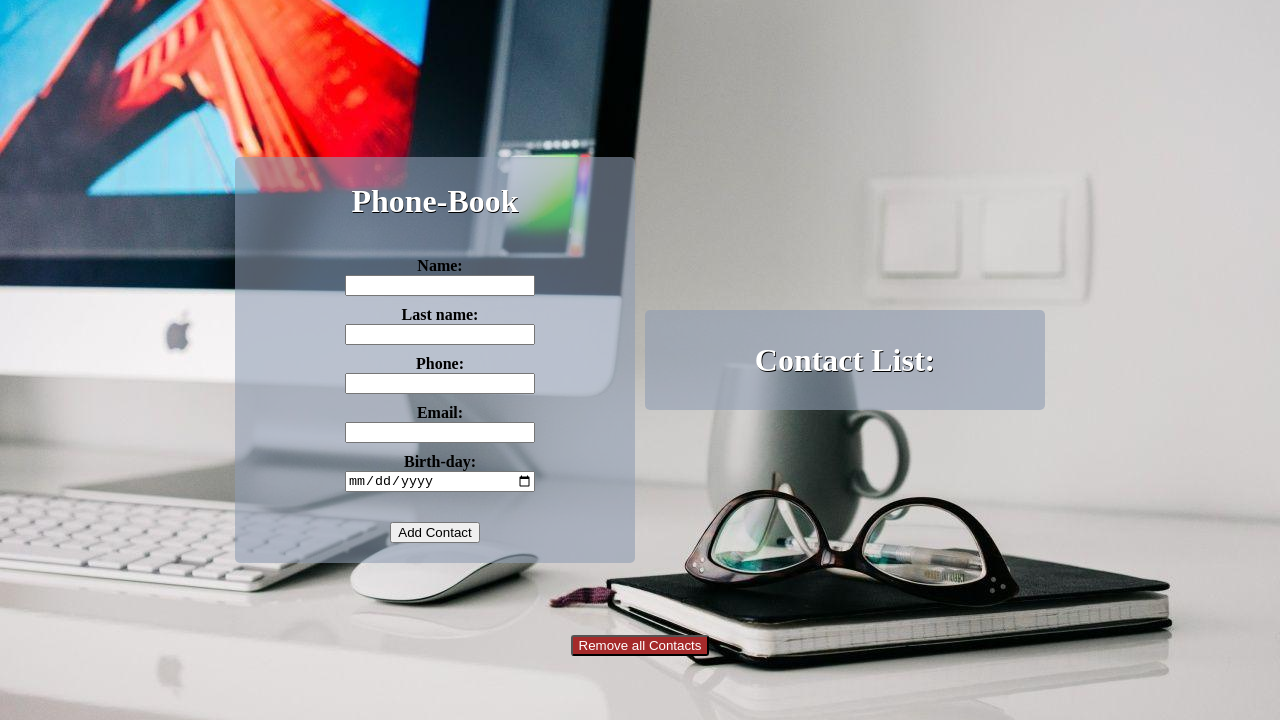
Repository: STA1357/Phone-book
Page: Inner.html
These files come from the project's save history. The page is drawn as it stood at one moment and after the next save; the edit follows.
The browser window is 1280 px wide. The pictures show the whole page.

Above is the page before, as saved 2020-12-12 10:46:45.
Console error: ReferenceError: userNameValue is not defined

### Inner.html
<!DOCTYPE html>
<html lang="en">
<head>
    <meta charset="UTF-8">
    <meta name="viewport" content="width=device-width, initial-scale=1.0">
    <title>Phone Book</title>
    <link rel="stylesheet" href="./styles.css">
    <script src="./app.js"></script>
</head>
<body>
    <form action="#" method="POST" id="form" class="form">

        <header>
            <div class="header-title">
                <h1>Phone-Book</h1>
            </div>
        </header>

        <main>
            <div class="container">

                <div class="form-control">
                <label for="name">Name:</label>
                <input type="text" id="nameInput">
                <small>Error message</small>
                </div>

                <div class="form-control">
                <label for="lname">Last name:</label>
                <input type="text" id="lnameInput">
                <small>Error message</small>
                </div>

                <div class="form-control">
                <label for="tel">Phone:</label>
                <input type="text" id="telInput" class="tellinput">
                <small>Error message</small>
                </div>


                <div class="form-control">
                <label for="email">Email:</label>
                <input type="email" id="emailInput">
                <small>Error message</small>
                </div>


                <div class="form-control">
                <label for="birthname">Birth-day:</label>
                <input type="date" id="birthInput">
                <small>Error message</small>
                </div>

            </div>

        </main>

        <div class="btn">
        <button type="submit" id="btnAdd">Add Contact</button>
    </div>
    </form>
<div class="list-container">
    <h2 class="listTitle">Contact List:</h2>
    <ul id="contactsCount"></ul>
    <ul id="users"></ul>
</div>

<div class="clearBook">
    <button id="clearBookBtn" class="clearBookBtn" onclick="removeAll()">Remove all Contacts</button>
</div>

</body>
</html>

### styles.css
*{
    box-sizing: border-box;

}

body{
    display: flex;
    flex-direction: row;
    align-items: center;
    justify-content: center;
    min-height: 100vh;
    margin: 0;
    background: url("./wp3990421-office-wallpapers.jpg") no-repeat fixed center center;
    background-size: cover;
}

.header-title{
    color: white;
    text-shadow: 0.5px 0.5px black;
}

form{

    background-color: rgba(144, 156, 179, 0.589);
    width: 400px;
    max-width: 100%;
    margin-right: 10px;
    text-align: center;
    border-radius: 5px;
    position: relative;
}

main{
    margin-left: 25%;
}

.container{
    text-align: center;
    display: block;
    width: 70%;
}

.list-container{
    background-color: rgba(144, 156, 179, 0.589);
    width: 400px;
    max-width: 100%;
    page-break-after: 30px 40px;
    border-radius: 5px;
}

.listTitle{
    color: white;
    text-shadow: 0.7px 0.7px black;
    font-size: 32px;
}

.titleLi{
    color: rgb(190, 14, 14);
    text-shadow: 0.5px 0.5px black;
    font-size: 22px;
}

.infoList{
    color: black;
    font-size: 18px;
}

h2{
    text-align: center;
}

label{
    font-weight: bold;
}

input{
    width: 100%;
}








.btn{
    padding: 20px 0;
}


.selected{
    background-color: skyblue;
    color: black;
    text-shadow: 0.5px 0.5px grey;
}

.deleteBtn::before{
    color: brown;
    content: "delete";
    font-weight: bold;
}

.deleteAll::before{
    color: brown;
    content: "delete";
}

div{
    padding: 5px;
}

li{
    font-weight: bold;
    font-style: italic;
}

.clearBook{
    display: block;
    position: fixed;

}

.clearBookBtn{
    margin-top: 570px;
    background-color: brown;
    color: white;
    border-radius: 3px;
}

.form-control.success input{
    border-color: rgb(18, 206, 18);
}

.form-control.error input{
    border-color: rgb(224, 68, 68);
}


.form-control small {
	color: rgb(224, 68, 68);
	position: absolute;
	bottom: 0;
	left: 0;
	visibility: hidden;
}

.form-control.error small{
    visibility: visible;
}

### app.js


window.onload = function() {
    const localKey = 'contactsCollection';
    const form = document.querySelector('form');
    const list = document.getElementById('users');
    const userName = document.getElementById('nameInput');
    const userLname = document.getElementById('lnameInput');
    const userTel = document.getElementById('telInput');
    const userEmail = document.getElementById('emailInput');
    const userBirth = document.getElementById('birthInput');

    //validation
    form.addEventListener('submit', e => {
        e.preventDefault();

        checkInputs();
    })

    if(userNameValue === ''){
        setErrorFor (userName, 'Can not skip user name')
    } else {
        setSuccessFor (userName);
    }
    if(userLnameValue === ''){
        setErrorFor (userLname, 'Can not skip user last-name')
    } else {
        setSuccessFor (userLname);
    }
    if(userTelValue === ''){
        setErrorFor (userTel, 'Can not skip user phone')
    } else {
        setSuccessFor (userTel);
    }
    if(userEmailValue === ''){
        setErrorFor (userEmail, 'Can not skip email')
    } else {
        setSuccessFor (userEmail);
    }
    if(userBirthValue === ''){
        setErrorFor (userBirth, 'Can not skip user birthday')
    } else {
        setSuccessFor (userBirth);
    }

    function setErrorFor (input, message) {
        const formControl = input.parentElement;
        const small = formControl.querySelector('small');
        formControl.className = 'form-control error';
        small.innerText = message;
        }

        function setSuccessFor (input) {
            const formControl = input.parentElement;
        formControl.className = 'form-control success';
        }



    let contactsList = getContacts();
    let activeContact = null;

    generateContactList();



    function getContacts() {
        const res = localStorage.getItem(localKey);
        return res ? JSON.parse(res) : [];
    }

    function setToStorage(data) {
        localStorage.setItem(localKey, data);
    }

    function updateContactList(newList) {
        const string = JSON.stringify(newList);
        contactsList = newList;
        setToStorage(string);
        generateContactList();
    }

    function recordContact(newContact) {
        updateContactList([...contactsList, newContact])
    }

    function updateContact(newData) {
        contactsList = contactsList.map(contact => contact.id === newData.id ? newData : contact);
        updateContactList(contactsList);
    }

    function deleteContact(removeId) {
        contactsList = contactsList.filter(({ id }) => id !== removeId);
        updateContactList(contactsList);
    }

    function setActiveContact(id) {
        const contact = document.getElementById(`contact-${id}`);
        contact.classList.toggle('active');
    }

    function generateContactList() {
        console.log(contactsList);
        const fragment = document.createDocumentFragment();
        contactsList.forEach((contact) => {
            const { id, name, lastName, phone, mail, birthDay } = contact;
            const container = document.createElement('div');

            container.onclick = () => setActiveContact(id);
            container.id = `contact-${id}`;
            const title = document.createElement('li');
            title.className = 'titleLi'
            title.innerText = `${name} ${lastName}`;

            const infoList = document.createElement('b');
            infoList.className = 'infoList'
            infoList.innerText = `${phone}
            ${mail}
            ${birthDay}`;
            // phonesList.innerText = phones.join(' ');
            container.appendChild(title);
            container.appendChild(infoList);
            fragment.appendChild(container);

            const deleteBtn = document.createElement('button');
            deleteBtn.className = 'deleteBtn'
            fragment.appendChild(deleteBtn);
            deleteBtn.addEventListener('mousedown', function (e) {
                e.preventDefault();
            })

            deleteBtn.addEventListener('click', function (e) {
                console.log(e);
                container.removeChild(title);
                container.removeChild(infoList);
                deleteBtn.style.display = 'none';

            })
            document.getElementById('nameInput').value = "";
            document.getElementById('lnameInput').value = "";
            document.getElementById('telInput').value = "";
            document.getElementById('emailInput').value = "";
            document.getElementById('birthInput').value = "";

            //const btn = document.createElement('button');
            //btn.onclick = () => !deleteContact(removeId);
            //btn.appendChild(container)
            //window.localStorage.clear();

            container.addEventListener('mousedown', function (e) {
                e.preventDefault();
            })

            container.addEventListener('click', function (e) {
                console.log(e);


                if (e.target == this) {
                    return false;

                }
                if (!e.ctrlKey) {
                    clearSelected(this.children);
                }
                addSelected(e.target);
            })

            function clearSelected(elems) {
                for (let elem of elems) {
                    elem.classList.remove('selected');
                }
            }

            function addSelected(target) {
                target.classList.add('selected');
            }
        });


        list.innerHTML = '';
        list.appendChild(fragment);


    }

    function getId() {
        return '_' + Math.random().toString(36).substr(2, 9);
    };

    form.onsubmit = (event) => {
        event.preventDefault();
        const contact = {
            id: getId(),
            name: userName.value,
            lastName: userLname.value,
            phone: userTel.value,
            mail: userEmail.value,
            birthDay: userBirth.value
        }
        recordContact(contact);
        console.log(contact);
    }



}

function removeAll(){
    if(window.confirm("This action will remove all contacts. Are you sure?")){
        window.localStorage.clear();
        document.location.reload();
    }
}


function newFunction() {
    return document.getElementById('contactsCount');
}
//function move_up() {
//document.getElementById('list-container').scrollTop += 10;
//}

//function move_down() {
//document.getElementById('list-container').scrollTop -= 10;
//}

// const form = document.querySelector('form')
// const list = document.getElementById('users')
// const userName = document.getElementById('nameInput')
// const userLname = document.getElementById('lnameInput')
// const userTel = document.getElementById('telInput')
// const userEmail = document.getElementById('emailInput')
// const userBirth = document.getElementById('birthInput')
// const entry = document.createElement('li')


// function addUser() {
//     const list = document.getElementById('users')
//     const userName = document.getElementById('nameInput')
//     const userLname = document.getElementById('lnameInput')
//     const userTel = document.getElementById('telInput')
//     const userEmail = document.getElementById('emailInput')
//     const userBirth = document.getElementById('birthInput')
//     const entry = document.createElement('li')
//     entry.appendChild(document.createTextNode(userName.value + ' ' + userLname.value + ' '
//     + userTel.value + ' ' + userEmail.value + ' ' + userBirth.value))
//     list.appendChild(entry)
//     return false

// }

// let bookContacts = [];

// const addContacts = (ev) => {
//     ev.preventDefault();
//     let contact = {
//         name: document.getElementById('nameInput').value,
//         lname: userLname.value,
//         tel: userTel.value,
//         email: userEmail.value,
//         birthday: userBirth.value
//     }
//     bookContacts.push(contact);
//     document.forms[0].reset();
// }
// document.addEventListener('DomContentLoad', () =>{
//     document.getElementById('btnAdd').addEventListener('click',addContacts)
// })
// console.log(bookContacts);




/*class Person{
    constructor(options){
        this.name = options.name
        this.lname = options.lname
        this.tel = options.tel
        this.email = options.email
        this.birthday = options.birthday
    }
}

class User extends Person{
    static type = "User"
}

const user = new User({
    name: "",
    lname: "",
    tel: "",
    email:"",
    birthday:""
})


localStorage.setItem('userInfo', JSON.stringify(user));




const raw = localStorage.getItem('userInfo')
const userInfo = JSON.parse(raw)
userInfo.name = 'Maxim'

console.log(userInfo);*/

After the next save:
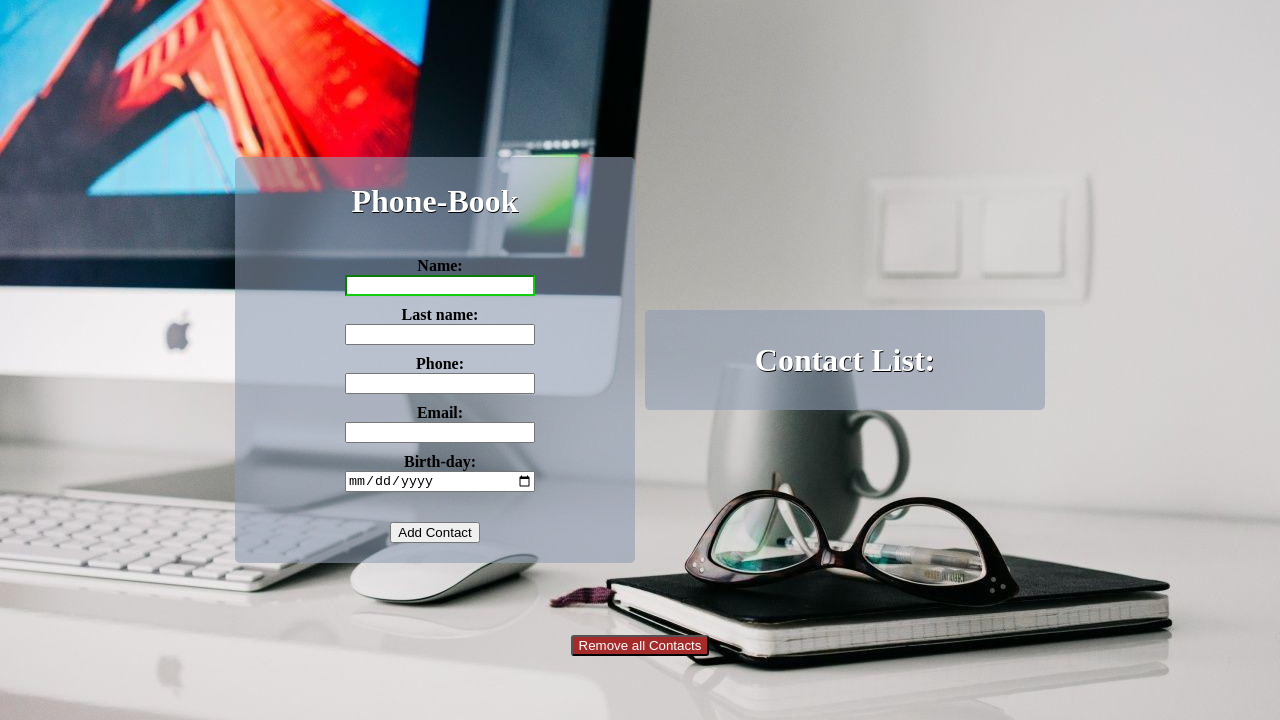
Saved 39 s later.
--- a/Inner.html
+++ b/Inner.html
@@ -19,7 +19,7 @@
         <main>
             <div class="container">
 
-                <div class="form-control">
+                <div class="form-control success">
                 <label for="name">Name:</label>
                 <input type="text" id="nameInput">
                 <small>Error message</small>

After the save that followed:
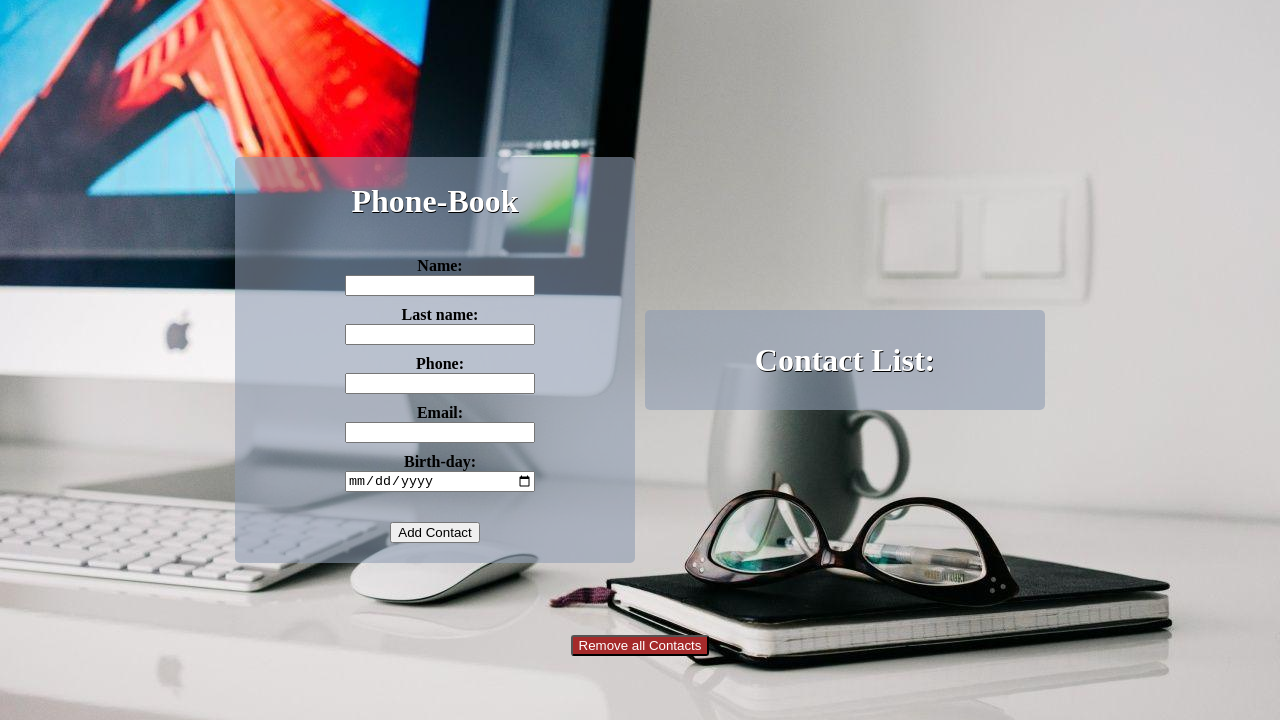
Saved 8 s later.
--- a/Inner.html
+++ b/Inner.html
@@ -19,7 +19,7 @@
         <main>
             <div class="container">
 
-                <div class="form-control success">
+                <div class="form-control">
                 <label for="name">Name:</label>
                 <input type="text" id="nameInput">
                 <small>Error message</small>
